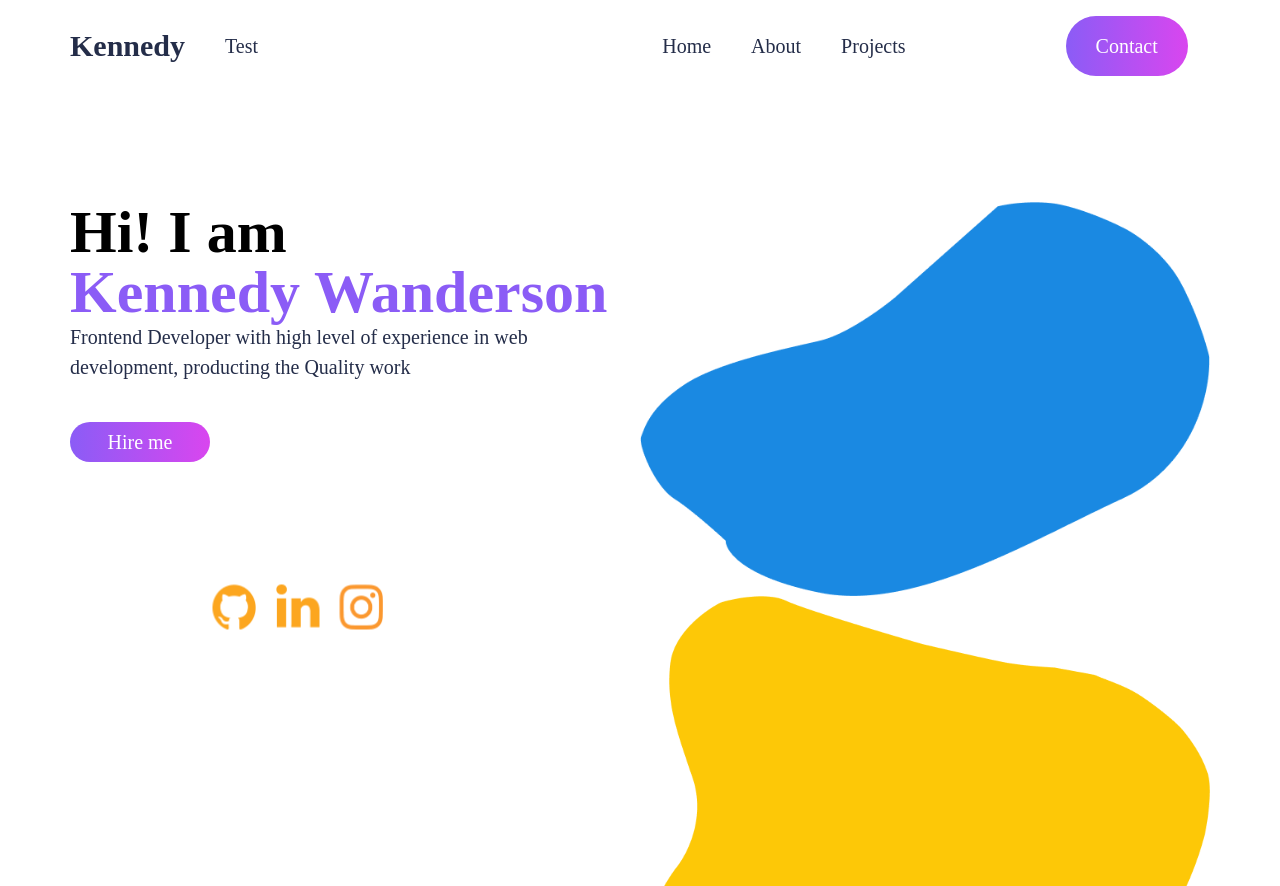
Repository: KennedyWanderson/portfolio
Page: /
An editor plug-in stored every save of this project. The page is shown before and after the next save, followed by the edit.
The browser window is 1280 px wide. The pictures show the whole page.
Some web fonts or font styles are not loaded; a fallback is used. The project was rebuilt for these pictures with package versions that can differ from the ones it lists, and the page was loaded fresh each time.

Above is the page before, as saved 2024-01-17 11:45:29.

### public/index.html
<!DOCTYPE html>
<html lang="en">
  <head>
    <meta charset="utf-8" />
    <link rel="icon" href="%PUBLIC_URL%/favicon.ico" />
    <meta name="viewport" content="width=device-width, initial-scale=1" />
    <meta name="theme-color" content="#000000" />
    <meta
      name="description"
      content="Web site created using create-react-app"
    />

    <style>
      @font-face{
        font-family: Gumela;
        src: url('../src/fonts/*');
      }

      *{
        font-family: 'Gumela';
        font-weight: normal;
        font-size: 20px;
      }
      body{
        margin: 0;
      }
    </style>
    <link rel="apple-touch-icon" href="%PUBLIC_URL%/logo192.png" />
    <!--
      manifest.json provides metadata used when your web app is installed on a
      user's mobile device or desktop. See https://developers.google.com/web/fundamentals/web-app-manifest/
    -->
    <link rel="manifest" href="%PUBLIC_URL%/manifest.json" />
    <!--
      Notice the use of %PUBLIC_URL% in the tags above.
      It will be replaced with the URL of the `public` folder during the build.
      Only files inside the `public` folder can be referenced from the HTML.

      Unlike "/favicon.ico" or "favicon.ico", "%PUBLIC_URL%/favicon.ico" will
      work correctly both with client-side routing and a non-root public URL.
      Learn how to configure a non-root public URL by running `npm run build`.
    -->
    <title>React App</title>
  </head>
  <body>
    <noscript>You need to enable JavaScript to run this app.</noscript>
    <div id="root"></div>
    <!--
      This HTML file is a template.
      If you open it directly in the browser, you will see an empty page.

      You can add webfonts, meta tags, or analytics to this file.
      The build step will place the bundled scripts into the <body> tag.

      To begin the development, run `npm start` or `yarn start`.
      To create a production bundle, use `npm run build` or `yarn build`.
    -->
  </body>
</html>

### src/index.css
@import 'tailwindcss/base';
@import 'tailwindcss/components';
@import 'tailwindcss/utilities';

:root
{
  --yellow: #F5C32C;
    --orange : #FCA61F;
    --black : #242D49;
    --gray : #788097;
    --blueCard : #DDF8FE;
    --purple: rgb(238 210 255);
    --boxShadow : 0px 19px 60px rgb(0 0 0 / 8%);
    --orangeCard: rgba(252, 166, 31, 0.45);
    --smboxShadow: -79px 51px 60px rgba(0, 0, 0, 0.08);
}

.App{
    padding: 0.5rem 3.5rem;
    overflow: hidden;
    color: var(--black);
}

### src/App.js
import logo from './logo.svg';
import './App.css';
import './index.css'
import Navbar from './Components/Navbar/Navbar';
import About from './Components/About/About';

function App() {
  return (
    <div className="App">
      <Navbar />
      <About />
    </div>
  );
}

export default App;

### src/App.css
@import 'tailwindcss/base';
@import 'tailwindcss/components';
@import 'tailwindcss/utilities';

:root
{
  --yellow: #F5C32C;
    --orange : #FCA61F;
    --black : #242D49;
    --gray : #788097;
    --blueCard : #DDF8FE;
    --purple: rgb(238 210 255);
    --boxShadow : 0px 19px 60px rgb(0 0 0 / 8%);
    --orangeCard: rgba(252, 166, 31, 0.45);
    --smboxShadow: -79px 51px 60px rgba(0, 0, 0, 0.08);
}

.App{
    padding: 0.5rem 3.5rem;
    overflow: hidden;
    color: var(--black);
}

.button{
  border-radius: 34px;
  border: none;
  color: white;
  font-size: 16px;
  padding: 10px;
}

### src/Components/Navbar/Navbar.jsx
import React from "react";

const Navbar = () => {
    return(             //h-screen
        <div className="h-[10vh] flex justify-between">
            <div className="flex-1 flex items-center gap-8">
                <div className="text-2xl font-bold">Kennedy</div>
                <span>Test</span>
            </div>
            <div className="flex flex-1 items-center justify-center font-normal">
                <div className="flex-grow-10">
                    <ul className="flex gap-8 mr-32 hover:cursor-grab">
                        <li className="hover:text-orange-500">Home</li>
                        <li className="hover:text-orange-500">About</li>
                        <li className="hover:text-orange-500">Projects</li>
                    </ul>
                </div>
                <button className=" rounded-3xl	border-none	text-white text-base pt-3 p-3 pr-6 pl-6 bg-gradient-to-r from-violet-500 to-fuchsia-500
                hover:cursor-grab bg-white hover:text-orange-500
                ">Contact</button>
            </div>
        </div>
    )
}

export default Navbar;

### src/Components/About/About.jsx
import React from "react";
import Github from '../../img/github.png'
import Instagram from '../../img/instagram.png'
import Linkedin from '../../img/linkedin.png'
import Profile from '../../img/eu.png'
import Vector1 from '../../img/Vector1.png'
import Vector2 from '../../img/Vector2.png'



const About = () => {
    return (
        <div className="flex h-[77vh] my-24">
            <div className="flex flex-col relative flex-1 gap-8">
                <div className="flex flex-col">
                    <span className="text-black font-bold text-5xl">Hi! I am</span>
                    <span className="text-violet-500 font-bold text-5xl">Kennedy Wanderson</span>
                    <span>Frontend Developer with high level of experience
                        in web development, producting the Quality work                   </span>
                </div>
                <button className="rounded-3xl	border-none	text-white text-base pt-3 p-3 pr-6 pl-6 bg-gradient-to-r from-violet-500 to-fuchsia-500
                hover:cursor-grab bg-white hover:text-orange-500 w-28 h-8 flex justify-center items-center">Hire me</button>
                <div className="mt-12 flex gap-8 scale-50 hover:cursor-grab">
                    <a href="https://github.com/KennedyWanderson">
                        <img src={Github} alt="" />
                    </a>
                    <a href="https://www.linkedin.com/in/kennedy-wanderson/">
                        <img src={Linkedin} alt="" />
                    </a>
                    <a href="https://www.instagram.com/_dev.kennedy/">
                        <img src={Instagram} alt="" />
                    </a>
                </div>
            </div>
            <div className="flex-1 relative">
                <div className="z-[1] absolute ">
                    <img className="scale-145 " src={Vector1} alt="" />
                    <img className="scale-145 " src={Vector2} alt="" />
                    <img className="scale-145 " src={Profile} alt="" />
                </div>
            </div>
        </div>
    )
}

export default About;

Loaded but not shown: src/index.js (common file); src/reportWebVitals.js (common file); tailwind.config.js (common file)

After the next save:
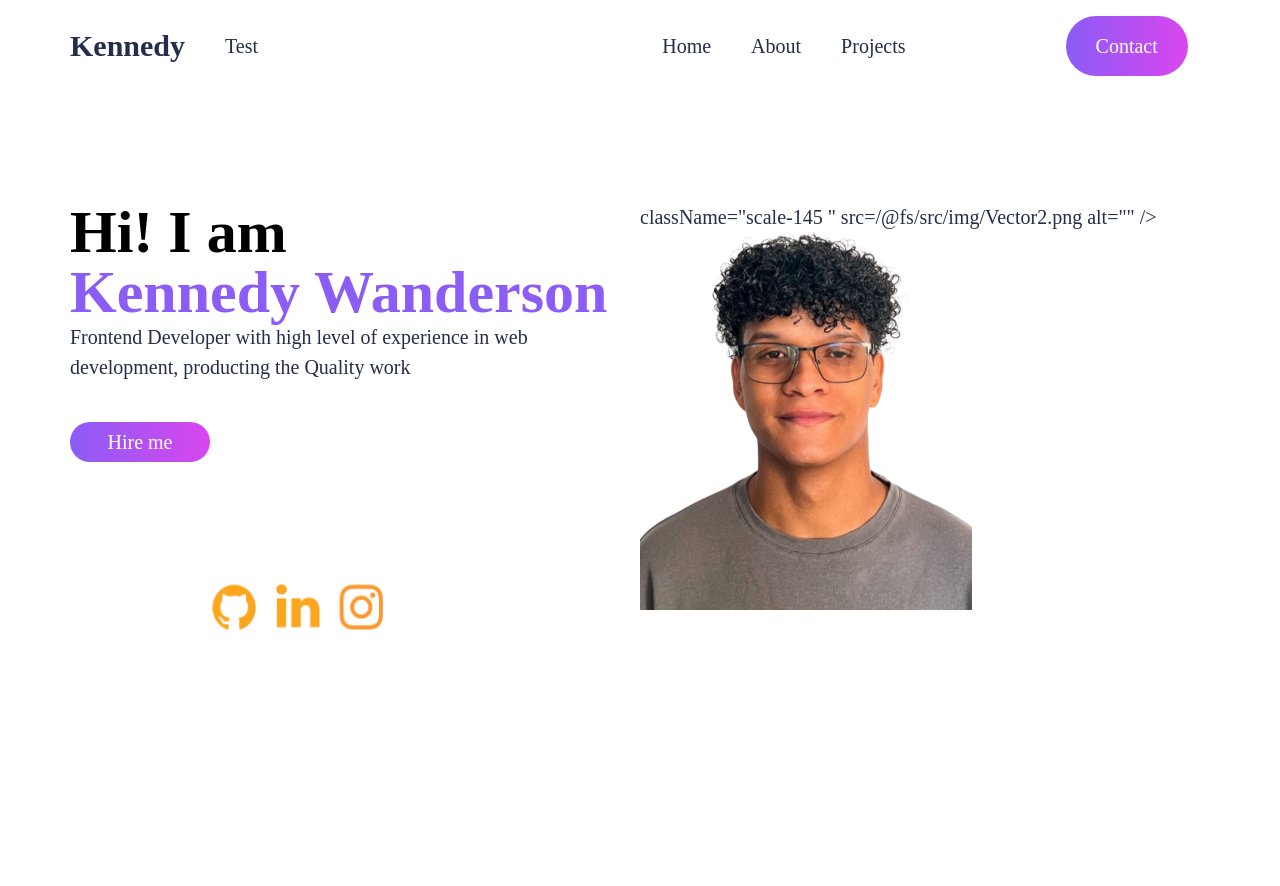
Saved 4 s later.
--- a/src/Components/About/About.jsx
+++ b/src/Components/About/About.jsx
@@ -34,8 +34,7 @@ const About = () => {
             </div>
             <div className="flex-1 relative">
                 <div className="z-[1] absolute ">
-                    <img className="scale-145 " src={Vector1} alt="" />
-                    <img className="scale-145 " src={Vector2} alt="" />
+                   className="scale-145 " src={Vector2} alt="" />
                     <img className="scale-145 " src={Profile} alt="" />
                 </div>
             </div>
